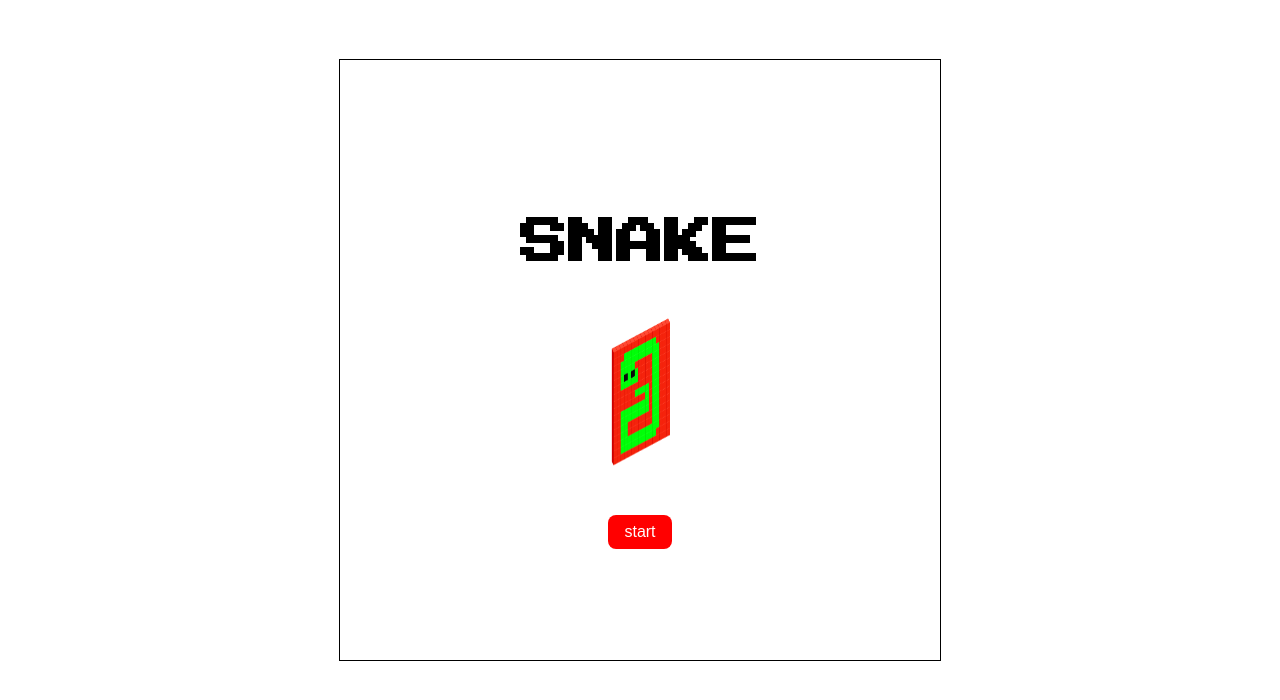
Repository: meills/react-snake
Page: /
An editor plug-in stored every save of this project. The page is shown before and after the next save, followed by the edit.
The browser window is 1280 px wide. The pictures show the whole page.
The project was rebuilt for these pictures with package versions that can differ from the ones it lists, and the page was loaded fresh each time. Also part of the build but not shown: src/components/Snakeboard.js, src/styles/App.css.

Above is the page before, as saved 2020-06-15 18:20:26.

### public/index.html
<!DOCTYPE html>
<html lang="en">
  <head>
    <meta charset="utf-8" />
    <link rel="icon" href="%PUBLIC_URL%/favicon.ico" />
    <meta name="viewport" content="width=device-width, initial-scale=1" />
    <meta name="theme-color" content="#000000" />
    <meta
      name="description"
      content="Web site created using create-react-app"
    />
    <link rel="apple-touch-icon" href="%PUBLIC_URL%/logo192.png" />
    <!--
      manifest.json provides metadata used when your web app is installed on a
      user's mobile device or desktop. See https://developers.google.com/web/fundamentals/web-app-manifest/
    -->
    <link rel="manifest" href="%PUBLIC_URL%/manifest.json" />
    <link href="https://fonts.googleapis.com/css2?family=Press+Start+2P&display=swap" rel="stylesheet">
    <!--
      Notice the use of %PUBLIC_URL% in the tags above.
      It will be replaced with the URL of the `public` folder during the build.
      Only files inside the `public` folder can be referenced from the HTML.

      Unlike "/favicon.ico" or "favicon.ico", "%PUBLIC_URL%/favicon.ico" will
      work correctly both with client-side routing and a non-root public URL.
      Learn how to configure a non-root public URL by running `npm run build`.
    -->
    <title>React App</title>
  </head>
  <body>
    <noscript>You need to enable JavaScript to run this app.</noscript>
    <div id="root"></div>
    <!--
      This HTML file is a template.
      If you open it directly in the browser, you will see an empty page.

      You can add webfonts, meta tags, or analytics to this file.
      The build step will place the bundled scripts into the <body> tag.

      To begin the development, run `npm start` or `yarn start`.
      To create a production bundle, use `npm run build` or `yarn build`.
    -->
  </body>
</html>

### src/App.js
import React from 'react';
import Snakeboard from './components/Snakeboard.js';
import Welcome from './components/Welcome.js';
import GameOver from './components/Welcome.js';
import './styles/App.css';
import './styles/snakeboard.css';

const GRID_SIZE = 30;
const TICK_TIME = 100;

class App extends React.Component {
  state = {
    rows: GRID_SIZE,
    cols: GRID_SIZE,
    grid: [],
    food: {},
    snake: {
        head: {},
        tail: [],
    },
    currDir: 'left',
    tickTime: TICK_TIME,
    gameStart: false,
    gameOver: false,
  }


  render() {

    if (this.state.gameStart) {
      return (<div className="snake-container">
                <Snakeboard />
              </div>);
    }

    if (!this.state.gameStart) {
      return (<div className="snake-container">
                <Welcome />
              </div>);
    }

    if (this.state.gameOver) {

    }


  }

}

export default App;

### src/components/Welcome.js
import React from 'react';
import WelcomeMessage from './WelcomeMessage.js'
import StartButton from './StartButton.js'
import SnakeImage from '../images/244786.png'

function Welcome() {
    return(<div className='welcome'>
                <WelcomeMessage />
                <img src={SnakeImage} alt='snake game logo' className="snake-image"></img>

                <StartButton />
           </div>);
}

export default Welcome;

### src/styles/snakeboard.css
.snake-container {
    width: 100vw;
    height: 100vh;
    display: flex;
    align-items: center;
    justify-content: center;
}

.welcome {
    width: 600px;
    height: 600px;
    outline: 1px solid black;
    display: flex;
    align-items: stretch;
    align-items: center;
    justify-content: center;
    flex-direction: column;

}

.welcome-message {
    font-family: 'Press Start 2P', cursive;
    font-size: 3em;
    margin-bottom: 1em;
    margin-top: 1em;
}

.snake-image {
    margin-bottom: 3em;
    max-width: 20%;
    -webkit-transform-style: preserve-3d;
    transform-style: preserve-3d;
    -webkit-transform: rotateY(0);
    transform: rotateY(0);
    -webkit-animation: animate 3s linear infinite;
    animation: animate 3s linear infinite;
}

@-webkit-keyframes animate {
    to {
        -webkit-transform: rotateY(-360deg);
                transform: rotateY(-360deg);
    }
}

@keyframes animate {
    to {
        -webkit-transform: rotateY(-360deg);
                transform: rotateY(-360deg);
    }
}


button {
    background-color:red; /* Green */
    border: none;
    color: white;
    padding: 0.5em 1em;
    text-align: center;
    text-decoration: none;
    display: inline-block;
    font-size: 1em;
    border-radius: 0.5em;
}


.grid {
    outline: 1px solid black;
    width: 600px;
    height: 600px;
    margin: auto;
    display: flex;
    flex-direction: row;
    flex-wrap: wrap;
}

.grid-item {
    width: 20px;
    height: 20px;
}

.is-food {
    background-color: red;
}


.snake-head {
    background-color: black;
}

.snake-tail {
    background-color: black;
}

### src/components/WelcomeMessage.js
import React from 'react';

function WelcomeMessage() {
    return(<div className='welcome-message'> <b>SNAKE </b></div>);
}

export default WelcomeMessage;

### src/components/StartButton.js
import React from 'react';

function StartButton() {
    return(<div className='start-btn'><button type='button'>start</button></div>);
}

export default StartButton;

Loaded but not shown: src/index.js (common file); src/styles/index.css (common file); src/serviceWorker.js (common file)

After the next save:
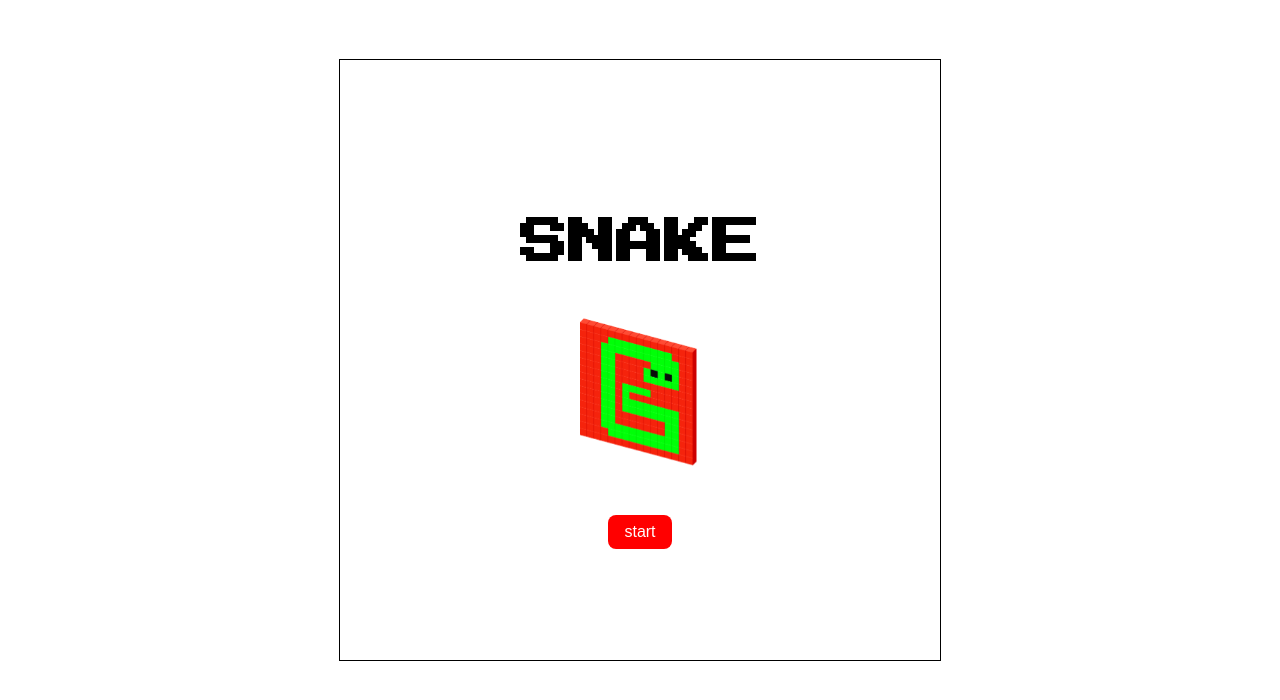
Saved 12 s later.
--- a/src/styles/snakeboard.css
+++ b/src/styles/snakeboard.css
@@ -32,8 +32,8 @@
     transform-style: preserve-3d;
     -webkit-transform: rotateY(0);
     transform: rotateY(0);
-    -webkit-animation: animate 3s linear infinite;
-    animation: animate 3s linear infinite;
+    -webkit-animation: animate 5s linear infinite;
+    animation: animate 5s linear infinite;
 }
 
 @-webkit-keyframes animate {
